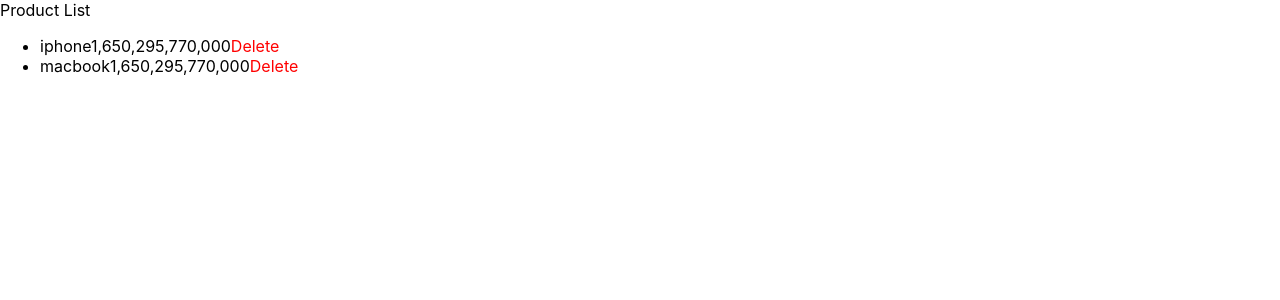
Repository: truongnguyen0868795985/react-simple-demo
Page: /
The author's editor kept a copy of each file at every save. The page is drawn from the files as they stood at one save, then again after a run of saves.
The browser window is 1280 px wide. The pictures show the whole page.
The project was rebuilt for these pictures with package versions that can differ from the ones it lists, and the page was loaded fresh each time. Also part of the build but not shown: src/App.css.

Above is the page before, as saved 2022-04-18 15:51:47.

### src/App.jsx
import "./App.css";

import { useState } from "react";

function App() {
  const [productList, setProductList] = useState([
    { id: 1, name: "iphone", date: Date.now().toLocaleString() },
    { id: 2, name: "macbook", date: Date.now().toLocaleString() },
  ]);

  const handleOnDeleteButtonClick = (name) => {
    console.log("on click");
    const newProductList = productList.filter(
      (product) => product.name !== name
    );
    setProductList(newProductList);
  };

  return (
    <>
      <div>Product List</div>

      <ul>
        {productList.map((product) => (
          <li key={product.id}>
            {product.name}
            {product.date}
            <span
              onClick={() => handleOnDeleteButtonClick(product.name)}
              style={{ color: "red", cursor: "pointer" }}
            >
              Delete
            </span>
          </li>
        ))}
      </ul>
    </>
  );
}

export default App;

Loaded but not shown: public/index.html (common file); src/index.js (common file); src/index.css (common file); src/reportWebVitals.js (common file)

After the next 2 saves:
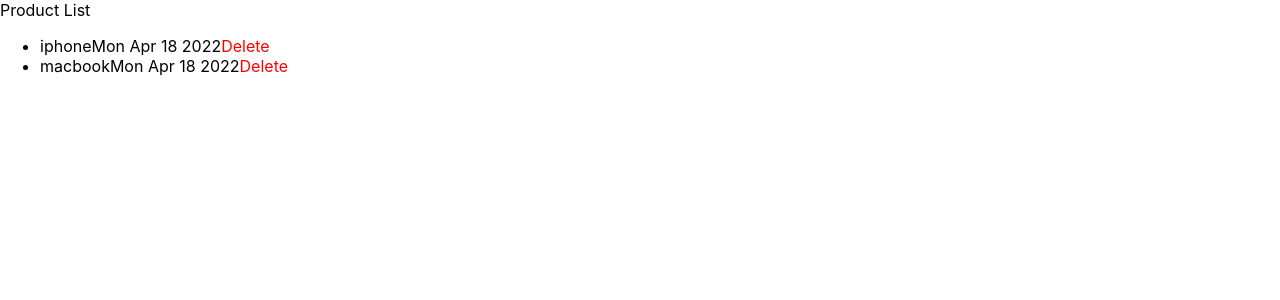
The 2 saves are shown as one change because 1 did not build or start.
The last was saved 100 s later.
--- a/src/App.jsx
+++ b/src/App.jsx
@@ -4,8 +4,8 @@
 
 function App() {
   const [productList, setProductList] = useState([
-    { id: 1, name: "iphone", date: Date.now().toLocaleString() },
-    { id: 2, name: "macbook", date: Date.now().toLocaleString() },
+    { id: 1, name: "iphone", date: new Date().toDateString() },
+    { id: 2, name: "macbook", date: new Date().toDateString() },
   ]);
 
   const handleOnDeleteButtonClick = (name) => {
